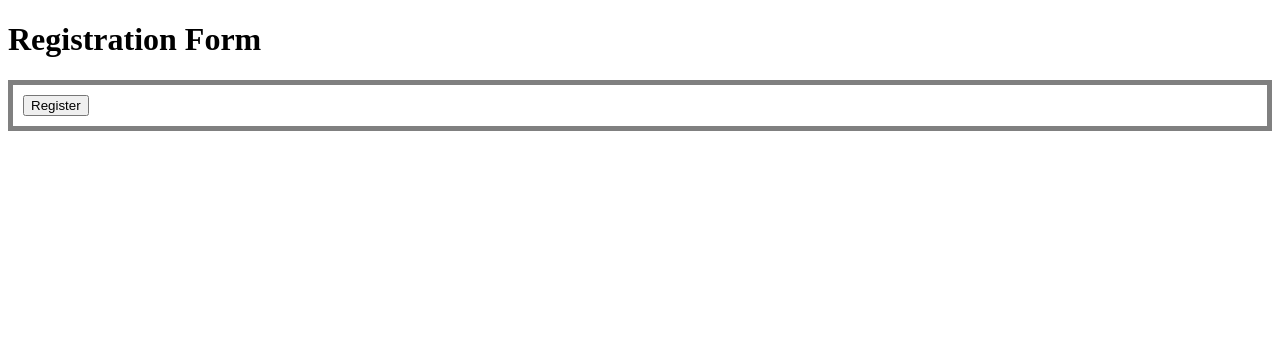
Repository: chhayanikam/skillmapperjee
Page: http://localhost/SkillMapperWeb/register.jsp
These files come from the project's save history. The page is drawn as it stood at one moment and after the next save; the edit follows.
The browser window is 1280 px wide. The pictures show the whole page.
The page is served by Tomcat 9.

Above is the page before, as saved 2018-04-19 11:27:39.

After the next save:
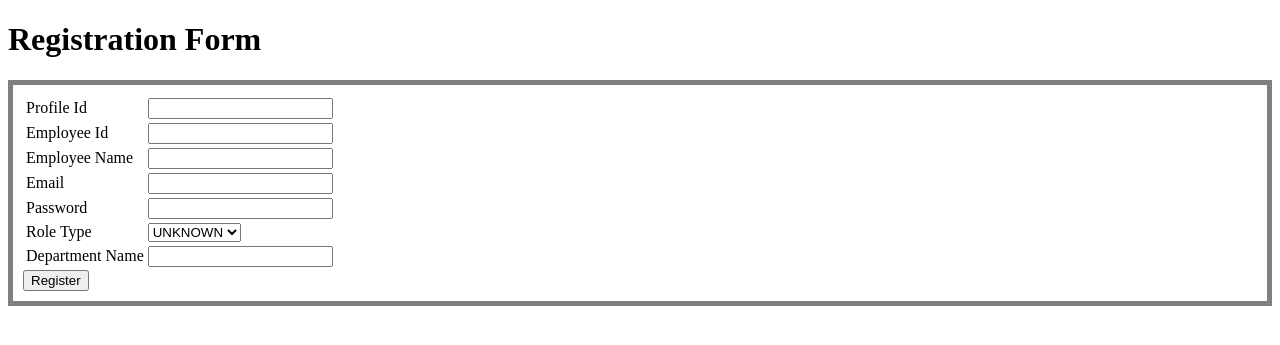
Saved 58 s later.
--- a/SkillMapperWeb/WebContent/register.jsp
+++ b/SkillMapperWeb/WebContent/register.jsp
@@ -18,6 +18,42 @@ div.ex1 {
 	<h1>Registration Form</h1>
 	<div class="ex1">
 		<form action="Test3" method="post">
+		<table style="with: 50%">
+				<tr>
+					<td>Profile Id</td>
+					<td><input type="text" name="profileId" /></td>
+				</tr>
+				<tr>
+					<td>Employee Id</td>
+					<td><input type="text" name="employeeId" /></td>
+				</tr>
+				<tr>
+					<td>Employee Name</td>
+					<td><input type="text" name="employeeName" /></td>
+				</tr>
+				<tr>
+					<td>Email</td>
+					<td><input type="text" name="email" /></td>
+				</tr>
+				<tr>
+					<td>Password</td>
+					<td><input type="password" name="emppassword" /></td>
+				</tr>
+				<tr>
+					<td>Role Type</td>
+					<td><select name="role_type">
+						<option value="UNKNOWN">UNKNOWN</option>
+					<option value="Trainer">Trainer</option>
+					<option value="Employer">Employer</option>
+					<option value="HR">HR</option>
+					</select></td>
+				</tr>
+				<tr>
+					<td>Department Name</td>
+					<td><input type="text" name="deptname" /></td>
+				</tr>
+			</table>
+
 			<input type="submit" value="Register" />
 		</form>
 	</div>
